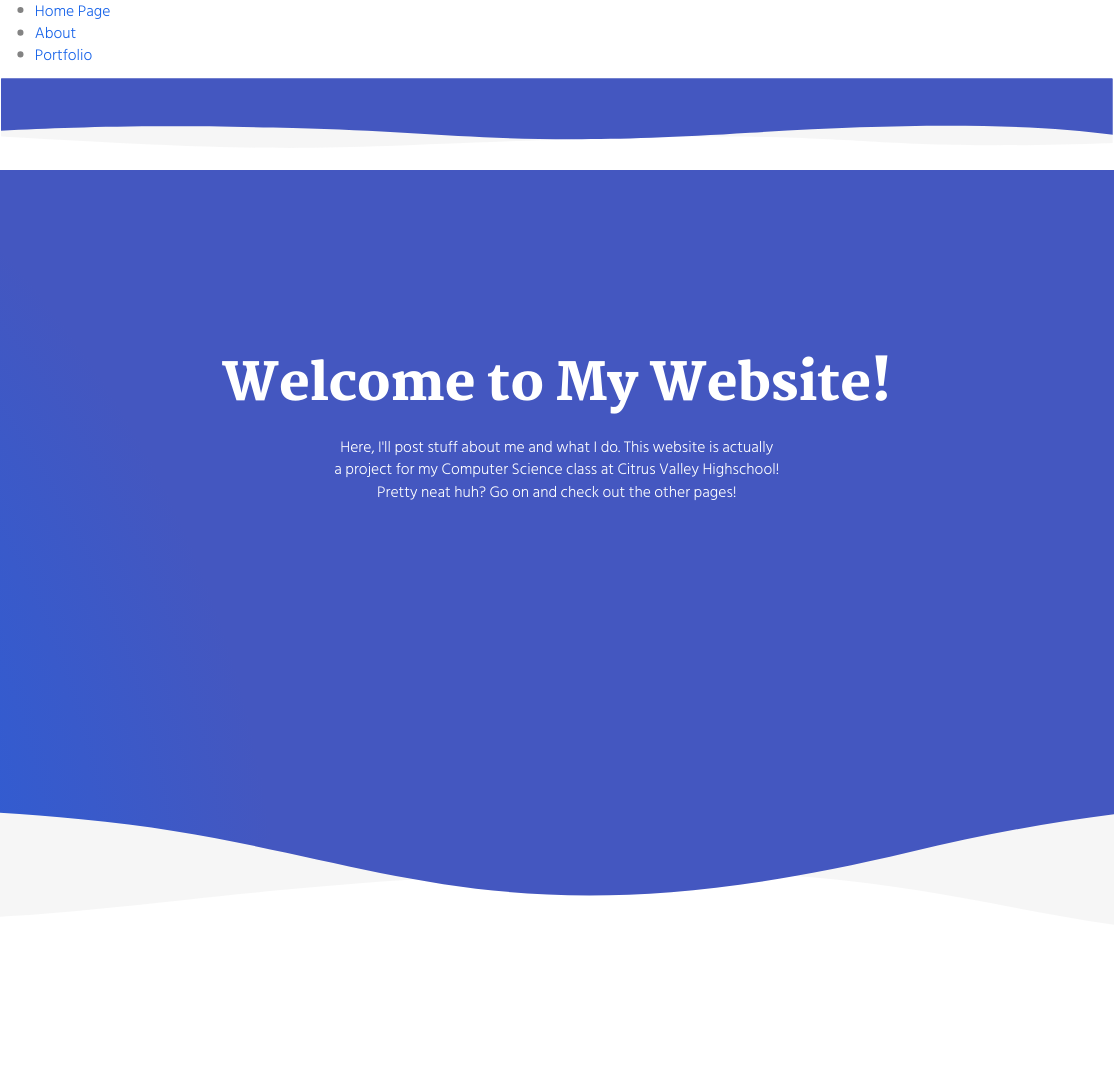
Repository: AustinIrvine02/CharlesX.github.io
Page: index.html
The author's editor kept a record of every edit. The page is drawn from the files as they stood at one moment, then again after the next edit.
The browser window is 1280 px wide. The pictures show the whole page, at 87% of full size.

Above is the page before.

### index.html
<!DOCTYPE html>
<html lang="en">

<head>
  <meta charset="UTF-8">
  <meta content="IE=edge" http-equiv="X-UA-Compatible">
  <meta content="width=device-width,initial-scale=1" name="viewport">
  <meta content="description" name="description">
  <meta name="google" content="notranslate" />
  <meta content="Mashup templates have been developped by Orson.io team" name="author">

  <!-- Disable tap highlight on IE -->
  <meta name="msapplication-tap-highlight" content="no">


  <link rel="apple-touch-icon" sizes="180x180" href="./assets/apple-icon-180x180.png">
  <link href="./assets/favicon.ico" rel="icon">

  <link href="" rel="stylesheet">


  <title> Let's Get Started </title>

<link href="./main.550dcf66.css" rel="stylesheet"></head>

<body> <!-- Add your content of header -->
<header>

   <header>

        <ul>
            <li><a href="index.html"> Home Page</a></li>
            <li><a href="about.html"> About</a></li>
            <li><a href="portfolio.html"> Portfolio</a></li>
        </ul>


        </header>

  <nav class="navbar navbar-default active">
    <div class="container">
      <div class="navbar-header">

      </div>

      <div class="collapse navbar-collapse" id="navbar-collapse">

      </div>
    </div>
  </nav>
</header>

<!-- Add your site or app content here -->
  <div class="hero-full-container background-image-container white-text-container">
    <div class="container">
      <div class="row">
        <div class="col-xs-12">
          <h1> Welcome to My Website! </h1>
          <p> Here, I'll post stuff about me and what I do. This website is actually <br>
            a project for my Computer Science class at Citrus Valley Highschool! <br>
            Pretty neat huh? Go on and check out the other pages! </p>
          <br>

           <p> <img scr="./images/IrvineAustin.PNG"> </p>


      </div>
    </div>
  </div>


  <div class="section-container">
    <div class="container">
      <div class="row">
        <div class="col-xs-12 col-md-8 col-md-offset-2">
          <div class="text-center">
          </div>
       </div>
      </div>
    </div>
  </div>

  <div class="section-container">
    <div class="container">
      <div class="row">
          <div class="col-xs-12">


            <div id="carousel-example-generic" class="carousel carousel-fade slide" data-ride="carousel">

                <div class="carousel-inner" role="listbox">

                    <div class="item active">



                        </div>
                    </div>
                    <div class="item">

                        </div>
                    </div>
                </div>

            </div>


          </div>

        </div>

    </div>
  </div>

  <div class="section-container">
    <div class="container text-center">
      <div class="row section-container-spacer">
        <div class="col-xs-12 col-md-12">
        </div>
      </div>
      <div class="row">

Loaded but not shown: main.550dcf66.css (library)

After the next edit:
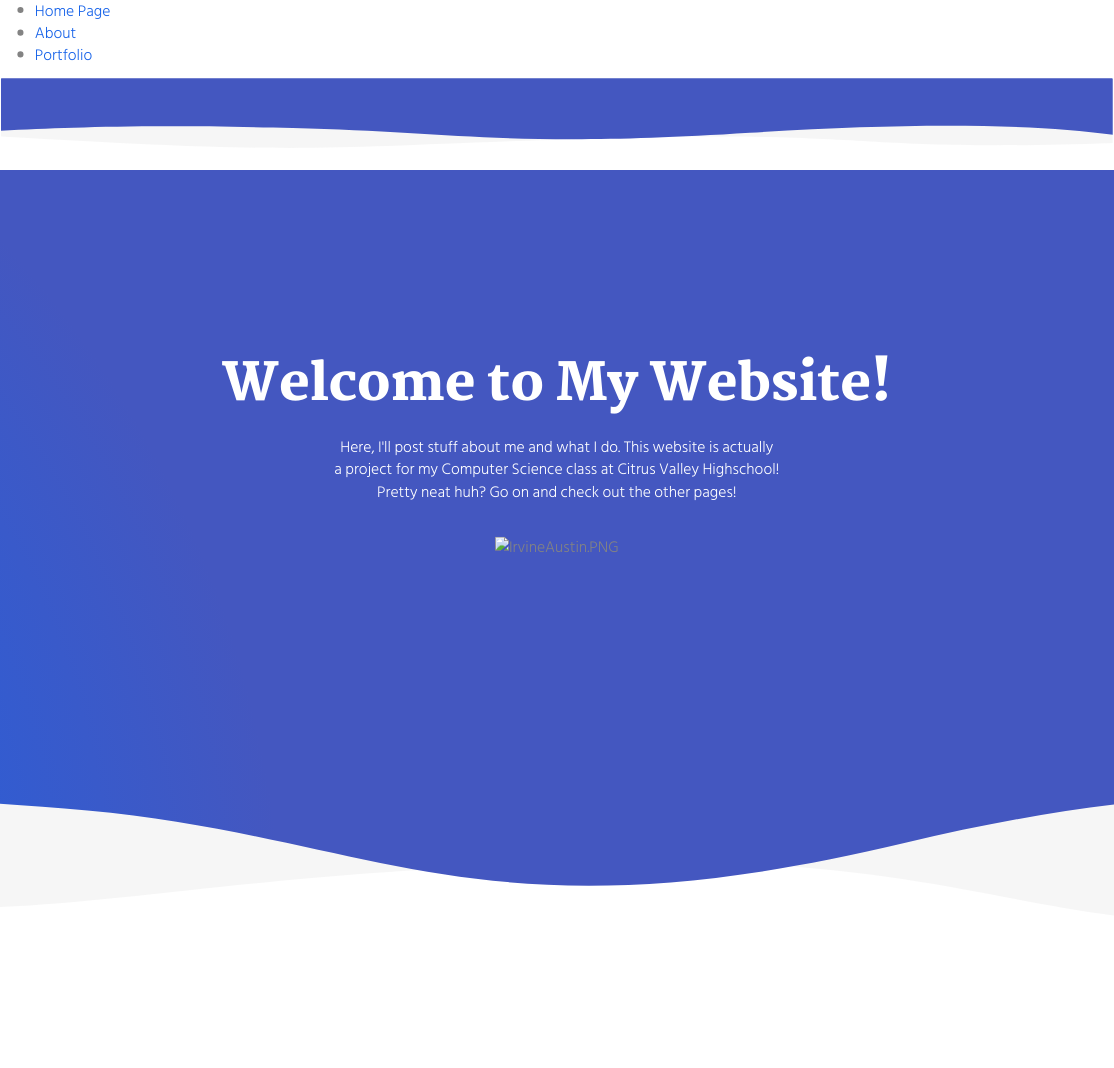
The edit:
--- a/index.html
+++ b/index.html
@@ -61,8 +61,7 @@
             Pretty neat huh? Go on and check out the other pages! </p>
           <br>
 
-           <p> <img scr="./images/IrvineAustin.PNG"> </p>
-
+           <img scr="./images/IrvineAustin.PNG" alt ="IrvineAustin.PNG">
 
       </div>
     </div>
